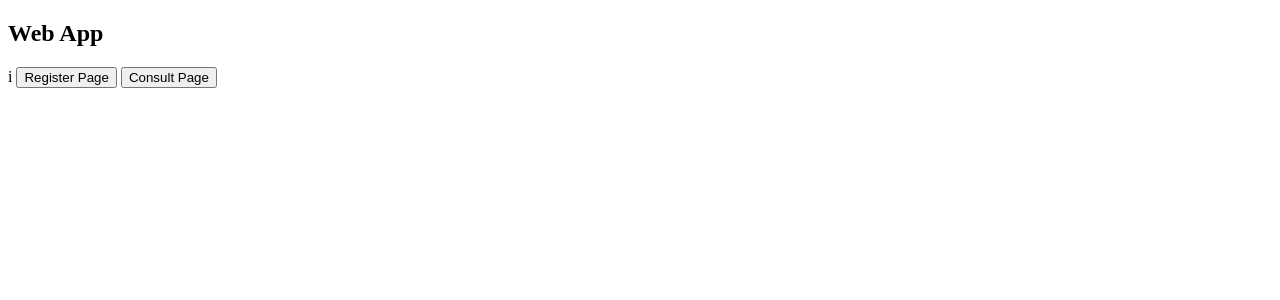
Repository: Claudiaccrv/repo-aws-290
Page: home.html
The author's editor kept a copy of each file at every save. The page is drawn from the files as they stood at one save, then again after the next save.
The browser window is 1280 px wide. The pictures show the whole page.

Above is the page before, as saved 2024-10-01 02:12:43.

### home.html
<!DOCTYPE html>
<html lang="en">
<head>
    <meta charset="UTF-8">
    <meta name="viewport" content="width=device-width, initial-scale=1.0">
    <title>Document</title>
</head>
<body>
    <h2> Web App </h2>
    i
    <button> Register Page </button>
    <button> Consult Page </button>
</body>
</html>

After the next save:
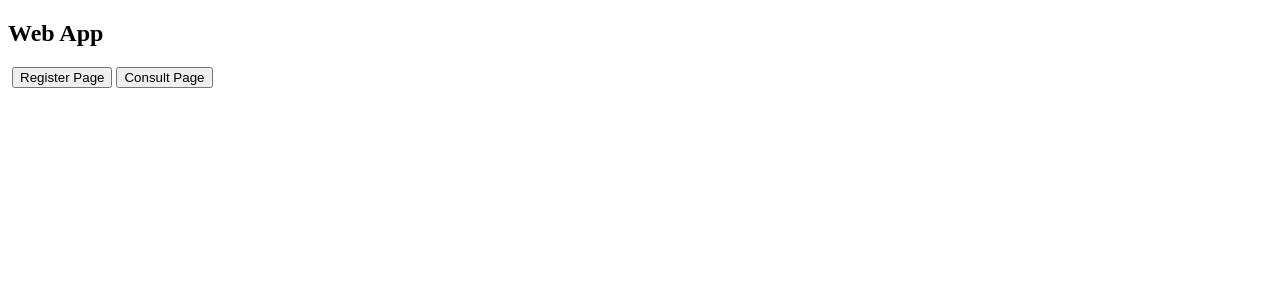
Saved 13 s later.
--- a/home.html
+++ b/home.html
@@ -7,7 +7,7 @@
 </head>
 <body>
     <h2> Web App </h2>
-    i
+    <img src="" alt="">
     <button> Register Page </button>
     <button> Consult Page </button>
 </body>
